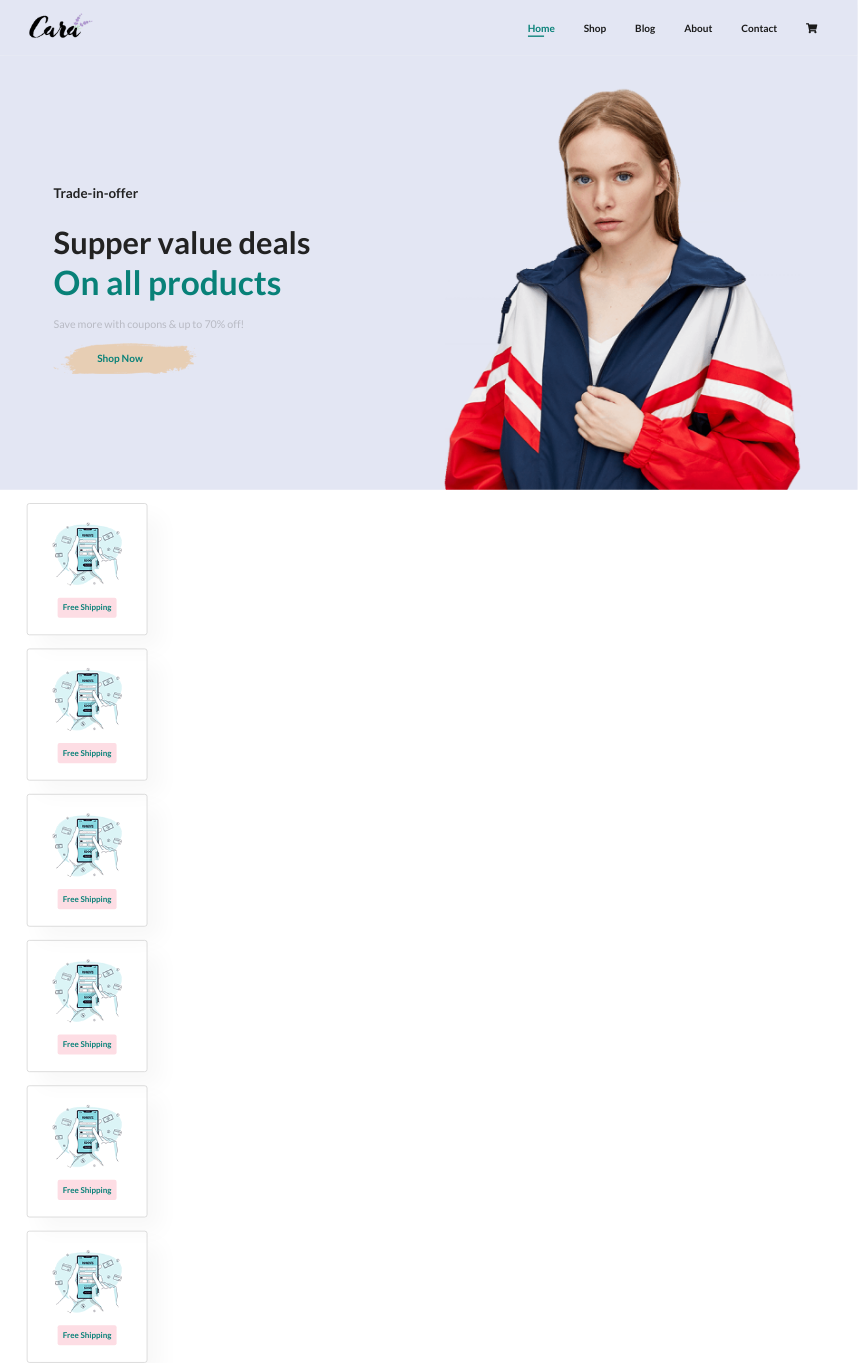
Repository: Nguyenductuan-dev/Website-Clothes
Page: index.html
The author's editor kept a copy of each file at every save. The page is drawn from the files as they stood at one save, then again after the next save.
The browser window is 1280 px wide. The pictures show the whole page, at 67% of full size.

Above is the page before, as saved 2022-04-26 00:09:47.

After the next save:
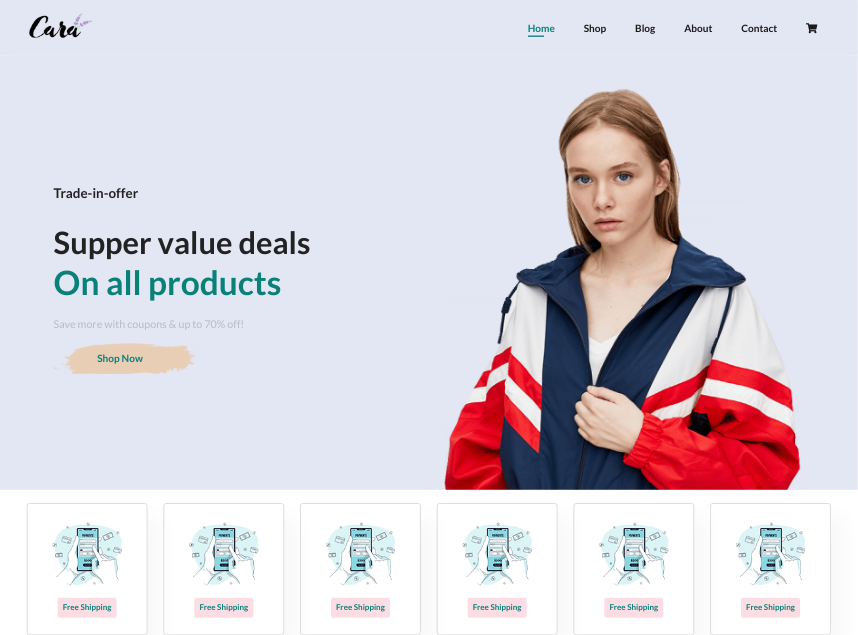
Saved 28 s later.
--- a/assets/css/style.css
+++ b/assets/css/style.css
@@ -124,7 +124,9 @@ body {
 }
 /* ================ FEATURE =================== */
 .feature {
-
+    display: flex;
+    justify-content: space-between;
+    align-items: center;
 }
 .feature__box {
     width: 180px;
